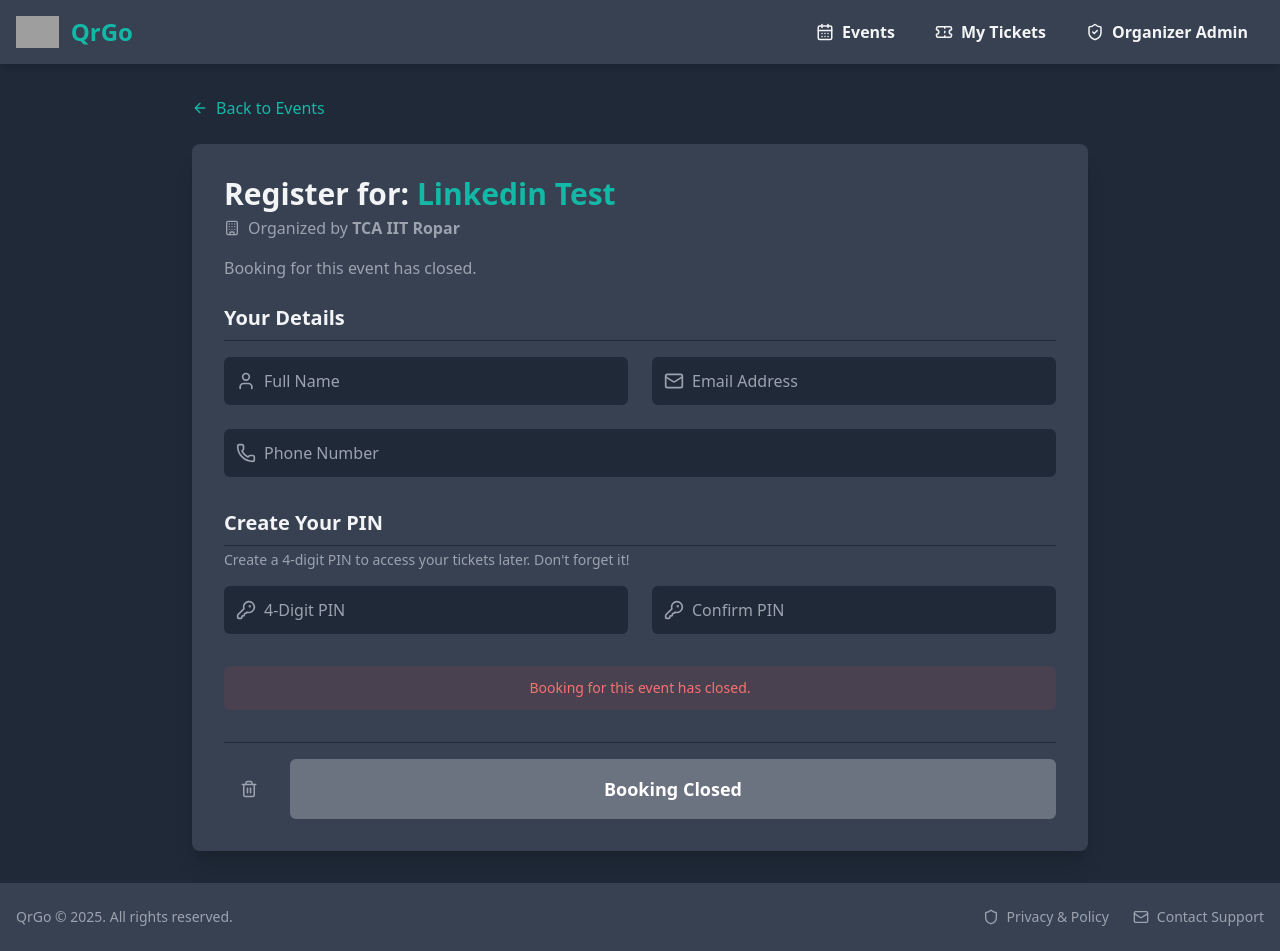
Repository: Dhakshin2007/QrGo
Page: /#/book/linkedin-test
An editor plug-in stored every save of this project. The page is shown before and after the next save, followed by the edit.
The browser window is 1280 px wide. The pictures show the whole page.
Pictures or frames that could not be fetched are drawn as grey boxes. Some web libraries are served in a nearby version. The project was rebuilt for these pictures with package versions that can differ from the ones it lists, and the page was loaded fresh each time. Also part of the build but not shown: vite.config.ts, components/EventCard.tsx, pages/HomePage.tsx, components/TicketCard.tsx, pages/MyTicketsPage.tsx, services/aiService.ts, pages/AdminPage.tsx, pages/PrivacyPolicyPage.tsx.

Above is the page before, as saved 2025-08-12 14:46:17.

### index.html
<!DOCTYPE html>
<html lang="en">
  <head>
    <meta name="description" content="Website Used to Host Events and Book Tickets and Inbuild scanning. If You want to Host an Event, Contact Us." />
<meta name="keywords" content="QrGo , QrGo Startup , Events IIT Ropar,Tickets , District , Paytm , Zomato , Ticket Booking , Event Hosting ,  Telugu Students IIT, IIT Ropar culture, IIT Ropar">
<meta name="author" content="Kotha Dhakshin">
<meta property="og:title" content="QrGo - Event Ticket Hosting Platform" />
<meta property="og:description" content="Official site for QrGo. Events, Bookings, and student details." />
<meta property="og:url" content="https://qrgo-weld.vercel.app/" />
<meta property="og:type" content="website" />
<meta property="og:image" content="#" />

  <meta charset="UTF-8" />
    <link rel="icon" type="image/png" href = "https://i.postimg.cc/qqd3M6cN/Google-AI-Studio-2025-08-09-T14-17-15-618-Z.png" />
    <meta name="viewport" content="width=device-width, initial-scale=1.0" />
    <title>QrGo</title>
    <script src="https://cdn.tailwindcss.com"></script>
    <script>
      tailwind.config = {
        theme: {
          extend: {
            colors: {
              'primary': '#14b8a6', // teal-500
              'primary-focus': '#0d9488', // teal-600
              'background': '#1f2937', // gray-800
              'surface': '#374151', // gray-700
              'on-surface': '#f3f4f6', // gray-200
              'on-surface-secondary': '#9ca3af', // gray-400
              'accent': '#6366f1', // indigo-500
            }
          }
        }
      }
    </script>
    <!-- html5-qrcode library -->
    <script src="https://unpkg.com/html5-qrcode" type="text/javascript"></script>
  <script type="importmap">
{
  "imports": {
    "react-router-dom": "https://esm.sh/react-router-dom@^7.8.0",
    "react-dom/": "https://esm.sh/react-dom@^19.1.1/",
    "react/": "https://esm.sh/react@^19.1.1/",
    "react": "https://esm.sh/react@^19.1.1",
    "lucide-react": "https://esm.sh/lucide-react@^0.539.0",
    "html5-qrcode": "https://esm.sh/html5-qrcode@^2.3.8",
    "qrcode": "https://esm.sh/qrcode@^1.5.4",
    "@supabase/supabase-js": "https://esm.sh/@supabase/supabase-js@2",
    "@google/genai": "https://esm.sh/@google/genai@^1.13.0"
  }
}
</script>
</head>
  <body class="bg-background text-on-surface">
    <div id="root"></div>
    <script type="module" src="/index.tsx"></script>
  </body>
</html>

### index.tsx

import React from 'react';
import ReactDOM from 'react-dom/client';
import App from './App';
import { ClerkProvider } from "@clerk/clerk-react";

const rootElement = document.getElementById('root');
if (!rootElement) {
  throw new Error("Could not find root element to mount to");
}


const root = ReactDOM.createRoot(rootElement);
root.render(
  <React.StrictMode>
    <App />
  </React.StrictMode>
);

### App.tsx


import React, { createContext, useContext, useState, useEffect, useCallback, ReactNode } from 'react';
import * as ReactRouterDOM from 'react-router-dom';
import HomePage from './pages/HomePage';
import BookingPage from './pages/BookingPage';
import MyTicketsPage from './pages/MyTicketsPage';
import AdminPage from './pages/AdminPage';
import PrivacyPolicyPage from './pages/PrivacyPolicyPage';
import Header from './components/Header';
import { ToastProvider } from './contexts/ToastContext';
import { AuthProvider } from './contexts/AuthContext';
import Toast from './components/Toast';
import { Mail, Shield } from 'lucide-react';
import { Event, EventStatus } from './types';
import { db } from './services/db';

// --- Event Context for Global State Management ---

interface EventContextType {
  events: Event[];
  isLoading: boolean;
  updateEventStatus: (eventId: string, newStatus: EventStatus) => void;
}

const EventContext = createContext<EventContextType | undefined>(undefined);

export const EventProvider: React.FC<{ children: ReactNode }> = ({ children }) => {
  const [events, setEvents] = useState<Event[]>([]);
  const [isLoading, setIsLoading] = useState(true);

  useEffect(() => {
    const fetchEvents = async () => {
      try {
        const initialEvents = await db.getEvents();
        setEvents(initialEvents);
      } catch (error) {
        console.error("Failed to fetch initial events:", error);
      } finally {
        setIsLoading(false);
      }
    };
    fetchEvents();
  }, []);

  const updateEventStatus = useCallback((eventId: string, newStatus: EventStatus) => {
    setEvents(currentEvents =>
      currentEvents.map(event =>
        event.id === eventId ? { ...event, status: newStatus } : event
      )
    );
  }, []);

  return (
    <EventContext.Provider value={{ events, isLoading, updateEventStatus }}>
      {children}
    </EventContext.Provider>
  );
};

export const useEvents = () => {
  const context = useContext(EventContext);
  if (!context) {
    throw new Error('useEvents must be used within an EventProvider');
  }
  return context;
};


// --- Main App Component ---

const App: React.FC = () => {
  return (
    <ToastProvider>
      <AuthProvider>
        <EventProvider>
          <ReactRouterDOM.HashRouter>
            <div className="min-h-screen flex flex-col bg-background">
              <Header />
              <main className="flex-grow container mx-auto px-4 py-8">
                <ReactRouterDOM.Routes>
                  <ReactRouterDOM.Route path="/" element={<HomePage />} />
                  <ReactRouterDOM.Route path="/book/:eventId" element={<BookingPage />} />
                  <ReactRouterDOM.Route path="/my-tickets" element={<MyTicketsPage />} />
                  <ReactRouterDOM.Route path="/admin" element={<AdminPage />} />
                  <ReactRouterDOM.Route path="/privacy-policy" element={<PrivacyPolicyPage />} />
                </ReactRouterDOM.Routes>
              </main>
              <footer className="bg-surface mt-auto py-6 px-4">
                <div className="container mx-auto flex flex-col sm:flex-row justify-between items-center text-on-surface-secondary text-sm gap-4">
                    <p className="text-center sm:text-left">QrGo &copy; 2025. All rights reserved.</p>
                    <div className="flex items-center gap-6">
                        <ReactRouterDOM.Link to="/privacy-policy" className="hover:text-primary transition-colors flex items-center gap-2">
                            <Shield size={16} /> Privacy & Policy
                        </ReactRouterDOM.Link>
                        <a href="mailto:kothadhakshin123@gmail.com" className="hover:text-primary transition-colors flex items-center gap-2">
                            <Mail size={16} /> Contact Support
                        </a>
                    </div>
                </div>
              </footer>
            </div>
          </ReactRouterDOM.HashRouter>
          <Toast />
        </EventProvider>
      </AuthProvider>
    </ToastProvider>
  );
};

export default App;

### components/Header.tsx

import React from 'react';
import * as ReactRouterDOM from 'react-router-dom';
import { Ticket, ShieldCheck, CalendarDays, QrCode } from 'lucide-react';
import { LOGO_URL } from '../constants';

const Header: React.FC = () => {
  const activeLinkClass = "bg-primary text-white";
  const inactiveLinkClass = "text-on-surface hover:bg-surface";

  const navLinkClasses = ({ isActive }: { isActive: boolean }) =>
    `${isActive ? activeLinkClass : inactiveLinkClass} p-2 md:px-4 md:py-2 rounded-md font-semibold transition-colors duration-200 flex items-center gap-2`;

  return (
    <header className="bg-surface shadow-md sticky top-0 z-50">
      <nav className="container mx-auto px-4 py-3 flex justify-between items-center">
        <ReactRouterDOM.Link to="/" className="flex items-center gap-3 text-2xl font-bold text-primary">
          {LOGO_URL ? (
            <img src={LOGO_URL} alt="QrGo Logo" className="h-8 w-auto" />
          ) : (
            <QrCode size={28} />
          )}
          <span className="hidden sm:inline">QrGo</span>
        </ReactRouterDOM.Link>
        <div className="flex items-center gap-2">
          <ReactRouterDOM.NavLink
            to="/"
            className={navLinkClasses}
            title="Events"
          >
            <CalendarDays size={18}/> <span className="hidden md:inline">Events</span>
          </ReactRouterDOM.NavLink>
          <ReactRouterDOM.NavLink
            to="/my-tickets"
            className={navLinkClasses}
            title="My Tickets"
          >
            <Ticket size={18}/> <span className="hidden md:inline">My Tickets</span>
          </ReactRouterDOM.NavLink>
          <ReactRouterDOM.NavLink
            to="/admin"
            className={navLinkClasses}
            title="Organizer Admin"
          >
            <ShieldCheck size={18}/> <span className="hidden md:inline">Organizer Admin</span>
          </ReactRouterDOM.NavLink>
        </div>
      </nav>
    </header>
  );
};

export default Header;

### contexts/ToastContext.tsx
import React, { createContext, useState, useContext, ReactNode, useCallback, useRef } from 'react';

type ToastType = 'success' | 'error' | 'info';

interface ToastState {
  message: string;
  type: ToastType;
  isVisible: boolean;
}

interface ToastContextType {
  showToast: (message: string, type: ToastType) => void;
  toastConfig: ToastState | null;
}

const ToastContext = createContext<ToastContextType | undefined>(undefined);

export const ToastProvider: React.FC<{ children: ReactNode }> = ({ children }) => {
  const [toastConfig, setToastConfig] = useState<ToastState | null>(null);
  const timeoutIdRef = useRef<number | null>(null);

  const showToast = useCallback((message: string, type: ToastType) => {
    if (timeoutIdRef.current) {
      clearTimeout(timeoutIdRef.current);
    }
    setToastConfig({ message, type, isVisible: true });

    timeoutIdRef.current = window.setTimeout(() => {
      setToastConfig(prev => prev ? { ...prev, isVisible: false } : null);
      timeoutIdRef.current = null;
    }, 4000);
  }, []);


  return (
    <ToastContext.Provider value={{ showToast, toastConfig }}>
      {children}
    </ToastContext.Provider>
  );
};

export const useToast = () => {
  const context = useContext(ToastContext);
  if (context === undefined) {
    throw new Error('useToast must be used within a ToastProvider');
  }
  return context;
};

### contexts/AuthContext.tsx
import React, { createContext, useState, useContext, ReactNode, useCallback } from 'react';
import { Organizer } from '../types';

interface AuthState {
  isUserLoggedIn: boolean;
  userEmail: string | null;
  userPin: string | null;
  loggedInOrganizer: Organizer | null;
  loginUser: (email: string, pin: string) => void;
  logoutUser: () => void;
  loginOrganizer: (username: string, secretId: string) => boolean;
  logoutOrganizer: () => void;
}

const AuthContext = createContext<AuthState | undefined>(undefined);

// --- Security Note ---
// In a real production application, this organizer data should NOT be hardcoded here.
// It should be loaded securely, for example, from environment variables on a server
// or from a secure configuration service. This prevents sensitive credentials from
// being exposed in the client-side code.
// Example for a Node.js environment:
// const ORGANIZERS = JSON.parse(process.env.ORGANIZERS_JSON || '[]');
export const ORGANIZERS: Organizer[] = [
  { id: 'super-admin', username: 'Dhakshin', name: 'QrGo Platform', logoUrl: 'https://i.postimg.cc/Pp2xSxRH/qr.png', secretId: 'Dk07' },
  { id: 'org-1', username: 'TCA', name: 'TCA IIT Ropar', logoUrl: 'https://i.postimg.cc/02kPf0r8/TCA-Logo.jpg', secretId: 'tca@2334' },
  { id: 'org-2', username: 'Alfaaz', name: 'Alfaaz IIT Ropar', logoUrl: 'https://i.postimg.cc/d1wN8tB3/Tech-Con.png', secretId: 'Akash7788' }
];


export const AuthProvider: React.FC<{ children: ReactNode }> = ({ children }) => {
  const [isUserLoggedIn, setIsUserLoggedIn] = useState(false);
  const [userEmail, setUserEmail] = useState<string | null>(null);
  const [userPin, setUserPin] = useState<string | null>(null);
  const [loggedInOrganizer, setLoggedInOrganizer] = useState<Organizer | null>(null);

  const loginUser = (email: string, pin:string) => {
    setUserEmail(email.toLowerCase());
    setUserPin(pin);
    setIsUserLoggedIn(true);
  };

  const logoutUser = () => {
    setIsUserLoggedIn(false);
    setUserEmail(null);
    setUserPin(null);
  };

  const loginOrganizer = useCallback((username: string, secretId: string): boolean => {
    const organizer = ORGANIZERS.find(
        org => org.username.toLowerCase() === username.toLowerCase() && org.secretId === secretId
    );
    if (organizer) {
        setLoggedInOrganizer(organizer);
        return true;
    }
    return false;
  }, []);

  const logoutOrganizer = () => {
      setLoggedInOrganizer(null);
  };

  return (
    <AuthContext.Provider value={{ isUserLoggedIn, userEmail, userPin, loggedInOrganizer, loginUser, logoutUser, loginOrganizer, logoutOrganizer }}>
      {children}
    </AuthContext.Provider>
  );
};

export const useAuth = () => {
  const context = useContext(AuthContext);
  if (context === undefined) {
    throw new Error('useAuth must be used within an AuthProvider');
  }
  return context;
};

### components/Toast.tsx
import React from 'react';
import { useToast } from '../contexts/ToastContext';
import { CheckCircle, XCircle, Info } from 'lucide-react';

const icons = {
  success: <CheckCircle className="text-green-400" size={24} />,
  error: <XCircle className="text-red-400" size={24} />,
  info: <Info className="text-blue-400" size={24} />,
};

const bgColors = {
  success: 'bg-green-500/20 border-green-500',
  error: 'bg-red-500/20 border-red-500',
  info: 'bg-blue-500/20 border-blue-500',
};

const Toast: React.FC = () => {
  const { toastConfig } = useToast();

  if (!toastConfig) {
    return null;
  }

  const { message, type, isVisible } = toastConfig;

  return (
    <div
      aria-live="assertive"
      className={`fixed bottom-5 right-5 z-50 transition-all duration-300 ease-in-out ${isVisible ? 'opacity-100 translate-y-0' : 'opacity-0 translate-y-4'}`}
    >
      <div className={`flex items-center gap-4 p-4 rounded-lg shadow-lg border-l-4 text-on-surface bg-surface ${bgColors[type]}`}>
        <div>{icons[type]}</div>
        <p className="font-semibold">{message}</p>
      </div>
    </div>
  );
};

export default Toast;

### types.ts

export type Organizer = {
  id: string;
  username: string;
  name: string;
  logoUrl: string;
  secretId: string;
};

export enum BookingStatus {
  Pending = 'Pending',
  Confirmed = 'Confirmed',
  Rejected = 'Rejected',
}

export enum EventStatus {
  Upcoming = 'Upcoming',
  Ongoing = 'Ongoing',
  Closed = 'Closed',
}

export type Event = {
  id: string;
  organizerId: string;
  name: string;
  date: string;
  venue: string;
  venueMapLink?: string;
  description: string;
  image: string;
  status: EventStatus;
  price?: number;
  requiresEntryNumber?: boolean;
  upiId?: string;
  upiLink?: string;
  qrCodeImage?: string;
};

export type Booking = {
  id: string;
  eventId: string;
  userName: string;
  userEmail: string;
  userPhone: string;
  entryNumber: string | null;
  transactionId: string | null;
  paymentProof: string | null; // Public URL to the image in Supabase Storage
  pin: string; // Should be hashed on a real backend
  status: BookingStatus;
  checkedIn: boolean;
  createdAt: string;
};

### constants.ts
import { Event, Organizer, EventStatus } from './types';

// To use your own logo, paste the URL here. It will be displayed on the top left of the header.
// For best results, use a transparent PNG or SVG.
// Example: export const LOGO_URL = 'https://example.com/my-logo.svg';
export const LOGO_URL = 'https://i.postimg.cc/qqd3M6cN/Google-AI-Studio-2025-08-09-T14-17-15-618-Z.png';

// The ORGANIZERS array has been moved to contexts/AuthContext.tsx to better
// simulate secure handling of credentials and prevent them from being in a
// easily accessible constants file. In a production environment, these should
// be loaded from secure environment variables.


export const EVENTS: Event[] = [
  {
    id: 'Coolie-2025',
    organizerId: 'org-1',
    name: 'Coolie (2025)',
    date: '2024-08-15T08:15:00Z',
    venue: 'Ritz Multiplex, Ropar',
    venueMapLink: 'https://maps.app.goo.gl/X12Dntqj1eRzVzra7',
    description: 'Delves into a mans relentless quest for vengeance since youth, driven by righting past wrongs, shaping his very existence. Viewers experience the complexities of his tumultuous vendetta journey.',
    image: 'https://i.postimg.cc/htdst9V0/coolie.jpg',
    status: EventStatus.Ongoing,
    price: 180,
    upiId: '9392902334@ybl',
    upiLink: 'upi://pay?pa=9392902334@ybl&pn=Coolie%20(2025)%20Booking&am=180&cu=INR',
    qrCodeImage: 'https://i.postimg.cc/HsdTDqNw/Whats-App-Image-2025-08-11-at-19-45-38-5707b153.jpg'
  },
  // {
  //   id: 'dev-summit-2025',
  //   organizerId: 'org-2',
  //   name: 'Global Dev Summit',
  //   date: '2025-10-20T09:00:00Z',
  //   venue: 'Metro Convention Center',
  //   description: 'A global gathering of developers, engineers, and tech leaders to discuss the latest trends in software development, cloud computing, and more.',
  //   image: 'https://images.unsplash.com/photo-1540575467063-178a50c2df87?q=80&w=2070&auto=format&fit=crop',
  //   status: EventStatus.Upcoming,
  //   upiId: 'devsummit@upi',
  //   upiLink: 'upi://pay?pa=devsummit@upi&pn=Dev%20Summit%20Booking&am=500&cu=INR',
  //   qrCodeImage: 'https://api.qrserver.com/v1/create-qr-code/?size=200x200&data=upi://pay?pa=devsummit@upi&pn=Dev%20Summit'
  // },
  {
    id: 'fresh-test',
    organizerId: 'org-1',
    name: 'Freshers Test',
    date: '2025-08-10T10:30:00Z',
    venue: 'Community Hall',
    description: 'This is a test event for freshers to book tickets and check the QR code functionality.',
    image: 'https://images.unsplash.com/photo-1587620962725-abab7fe55159?q=80&w=2070&auto=format&fit=crop',
    status: EventStatus.Closed,
    requiresEntryNumber: true,
    // Notice upiId, upiLink, and qrCodeImage are not included
  },
  {
    id: 'linkedin-test',
    organizerId: 'org-1',
    name: 'Linkedin Test',
    date: '2025-08-11T10:30:00Z',
    venue: 'Online Event',
    description: 'This is a test event for Linkedin Users to book tickets and check the QR code functionality.',
    image: 'https://i.postimg.cc/g0Yp4zGw/tst.jpg',
    status: EventStatus.Closed,
    requiresEntryNumber: false,
    // Notice upiId, upiLink, and qrCodeImage are not included
  },
  {
    id: 'alfaaz-test',
    organizerId: 'org-2',
    name: 'Alfaaz Test',
    date: '2025-08-11T16:45:00Z',
    venue: 'Lecture Hall Complex',
    description: 'This is a test event for Alfaaz Attendants to book tickets and check the QR code functionality.',
    image: 'https://i.postimg.cc/3xC43b7M/image.png',
    status: EventStatus.Ongoing,
    requiresEntryNumber: false,
    // Notice upiId, upiLink, and qrCodeImage are not included
  },
  {
    id: 'Zeitgeist-2025',
    organizerId: 'org-1',
    name: 'Zeitgeist IIT Ropar Cultural Fest',
    date: '2025-10-25T13:30:00Z', // Displays as 7:00 PM IST
    venue: 'IIT Ropar Campus',
    description: 'Experience a night of unforgettable music under the stars with top indie bands. Food trucks and merch available.',
    image: 'https://images.unsplash.com/photo-1514525253161-7a46d19cd819?q=80&w=1974&auto=format&fit=crop',
    status: EventStatus.Upcoming,
    price: 350,
    upiId: 'musicfest@upi',
    upiLink: 'upi://pay?pa=musicfest@upi&pn=Indie%20Music%20Fest&am=350&cu=INR',
    qrCodeImage: 'https://api.qrserver.com/v1/create-qr-code/?size=200x200&data=upi://pay?pa=musicfest@upi&pn=Indie%20Music%20Fest'
  },
  // {
  //   id: 'food-carnival-2025',
  //   organizerId: 'org-1',
  //   name: 'Gourmet Food Carnival',
  //   date: '2025-09-05T06:30:00Z', // Displays as 12:00 PM IST
  //   venue: 'Exhibition Grounds',
  //   description: 'A paradise for food lovers. Taste cuisines from around the world, watch live cooking demos, and enjoy a day of culinary delight.',
  //   image: 'https://images.unsplash.com/photo-1555939594-58d7cb561ad1?q=80&w=1974&auto=format&fit=crop',
  //   status: EventStatus.Closed,
  //   price: 150,
  //   upiId: 'foodfest@upi',
  //   upiLink: 'upi://pay?pa=foodfest@upi&pn=Gourmet%20Food%20Carnival&am=150&cu=INR',
  //   qrCodeImage: 'https://api.qrserver.com/v1/create-qr-code/?size=200x200&data=upi://pay?pa=foodfest@upi&pn=Gourmet%20Food%20Carnival'
  // },
  // {
  //   id: 'art-expo-2025',
  //   organizerId: 'org-1',
  //   name: 'Modern Art Expo',
  //   date: '2025-11-01T05:30:00Z', // Displays as 11:00 AM IST
  //   venue: 'Grand Art Gallery',
  //   description: 'Explore stunning works from contemporary artists. The expo features paintings, sculptures, and interactive installations.',
  //   image: 'https://images.unsplash.com/photo-1536924940846-227afb31e2a5?q=80&w=2066&auto=format&fit=crop',
  //   status: EventStatus.Ongoing,
  //   price: 200,
  //   upiId: 'artexpo@upi',
  //   upiLink: 'upi://pay?pa=artexpo@upi&pn=Modern%20Art%20Expo&am=200&cu=INR',
  //   qrCodeImage: 'https://api.qrserver.com/v1/create-qr-code/?size=200x200&data=upi://pay?pa=artexpo@upi&pn=Modern%20Art%20Expo'
  // }
];

Loaded but not shown: pages/BookingPage.tsx (307 lines, source omitted); services/db.ts (374 lines, source omitted); services/supabaseClient.ts (141 lines, source omitted)

After the next save:
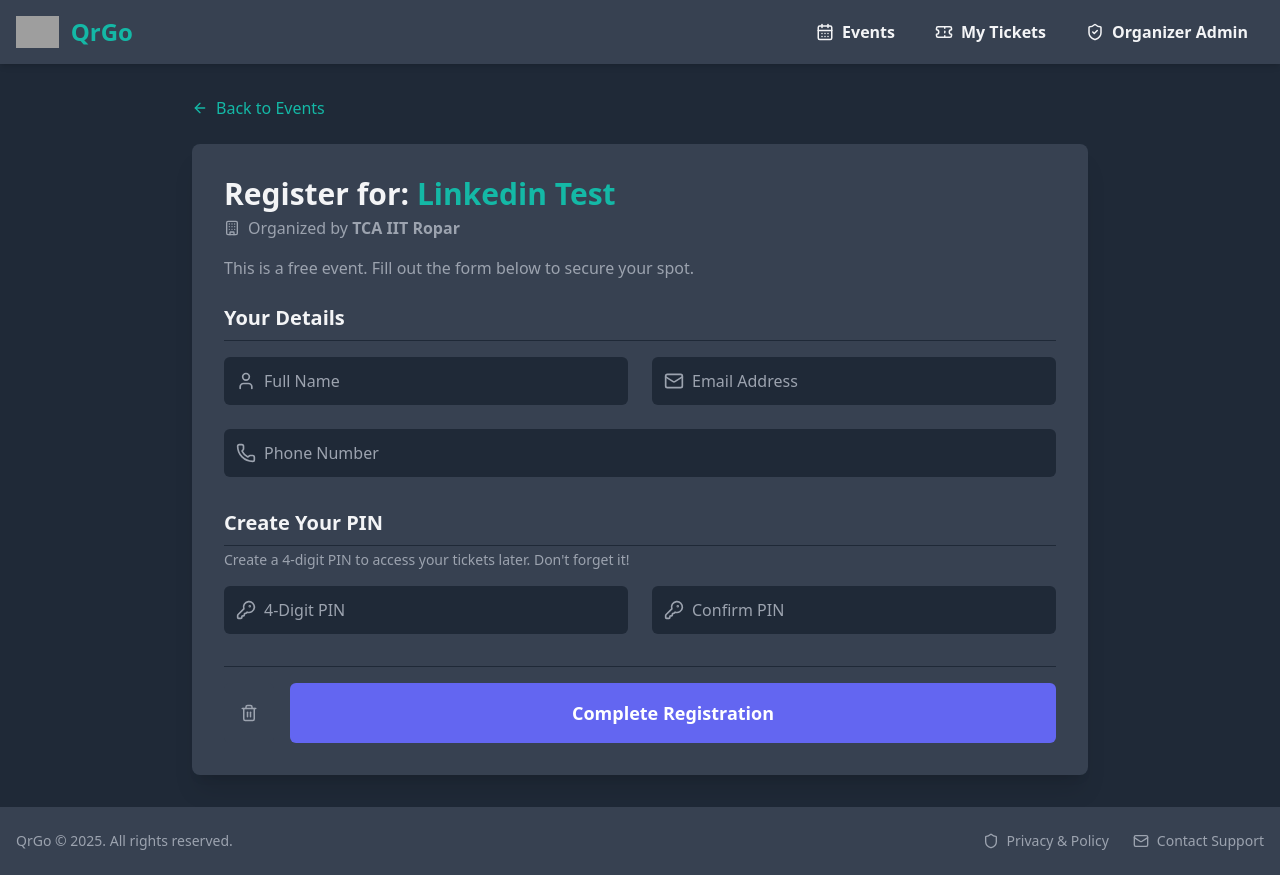
Saved 77 s later.
--- a/constants.ts
+++ b/constants.ts
@@ -60,7 +60,7 @@
     venue: 'Online Event',
     description: 'This is a test event for Linkedin Users to book tickets and check the QR code functionality.',
     image: 'https://i.postimg.cc/g0Yp4zGw/tst.jpg',
-    status: EventStatus.Closed,
+    status: EventStatus.Ongoing,
     requiresEntryNumber: false,
     // Notice upiId, upiLink, and qrCodeImage are not included
   },
